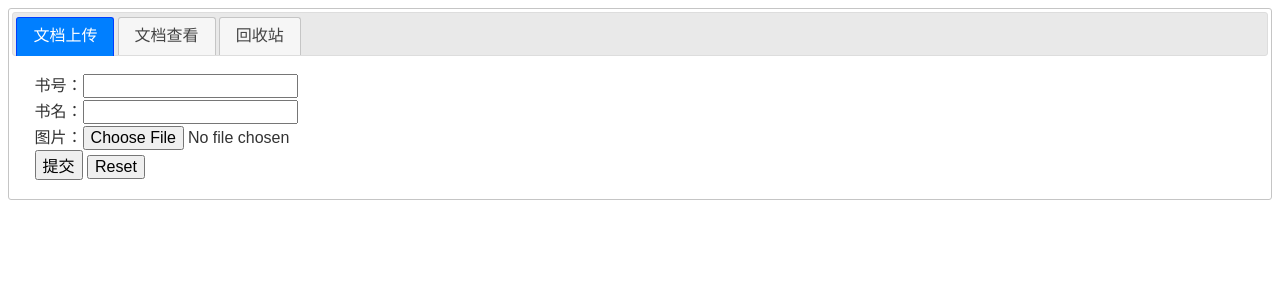
Repository: krzyty/OA_USST
Page: http://localhost/USSTOA/filemanage.jsp
An editor plug-in stored every save of this project. The page is shown before and after the next save, followed by the edit.
The browser window is 1280 px wide. The pictures show the whole page.
Some web libraries are served in a nearby version. The page is served by Tomcat 9. Nobody is signed in. The application's start-up code is not run. Other server files are loaded and not shown.

Above is the page before, as saved 2017-06-29 03:17:23.

### USSTOA/WebContent/filemanage.jsp
<%@ page language="java" contentType="text/html; charset=UTF-8"
	pageEncoding="UTF-8"%>
<!DOCTYPE html PUBLIC "-//W3C//DTD HTML 4.01 Transitional//EN" "http://www.w3.org/TR/html4/loose.dtd">
<html>
<head>
<meta http-equiv="Content-Type" content="text/html; charset=UTF-8">
<title>文档管理</title>
<!-- <link rel="stylesheet" href="/css/jquery-ui.css">
<script src="/js/jquery-1.9.1.js"></script>
<script src="/js/jquery-ui.js"></script> -->
<link rel="stylesheet"
	href="//apps.bdimg.com/libs/jqueryui/1.10.4/css/jquery-ui.min.css">
<script src="//apps.bdimg.com/libs/jquery/1.10.2/jquery.min.js"></script>
<script src="//apps.bdimg.com/libs/jqueryui/1.10.4/jquery-ui.min.js"></script>
<script>
	$(function() {
		$("#tabs").tabs();
	});
</script>
</head>
<body>
	<div id="tabs">
		<ul>
			<li><a href="#fragment-1"><span>文档上传</span> </a></li>
			<li><a href="#fragment-2"><span>文档查看</span> </a></li>
			<li><a href="#fragment-3"><span>回收站</span> </a></li>
		</ul>
		<div id="fragment-1">
			<form action="" method="post" enctype="multipart/form-data">
				书号：<input type="text" name="bnum"><br />
				书名：<input type="text" name="bname"><br />
				图片：<input type="file" name="fileName"><br />
				<input type="submit" value="提交">
				<input type="reset"><br />
			</form>
		</div>
		<div id="fragment-2">Lorem ipsum dolor sit amet, consectetuer
			adipiscing elit, sed diam nonummy nibh euismod tincidunt ut laoreet
			dolore magna aliquam erat volutpat. Lorem ipsum dolor sit amet,
			consectetuer adipiscing elit, sed diam nonummy nibh euismod tincidunt
			ut laoreet dolore magna aliquam erat volutpat.</div>
		<div id="fragment-3">Lorem ipsum dolor sit amet, consectetuer
			adipiscing elit, sed diam nonummy nibh euismod tincidunt ut laoreet
			dolore magna aliquam erat volutpat. Lorem ipsum dolor sit amet,
			consectetuer adipiscing elit, sed diam nonummy nibh euismod tincidunt
			ut laoreet dolore magna aliquam erat volutpat. Lorem ipsum dolor sit
			amet, consectetuer adipiscing elit, sed diam nonummy nibh euismod
			tincidunt ut laoreet dolore magna aliquam erat volutpat.</div>
	</div>

</body>
</html>

After the next save:
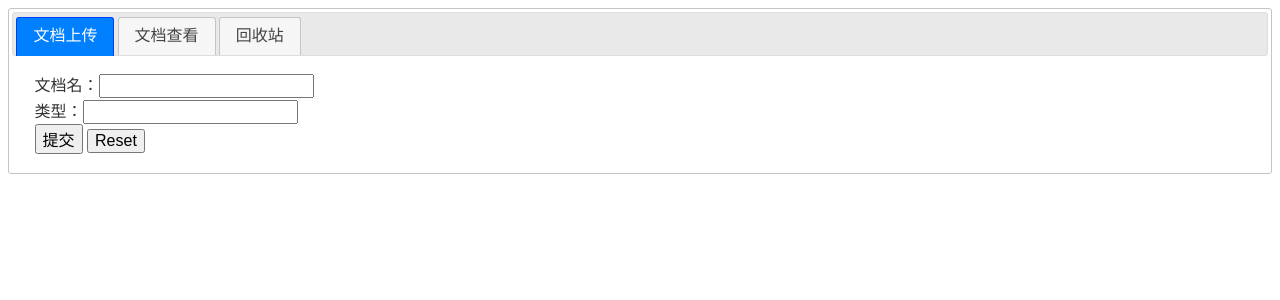
Saved 2 min 13 s later.
--- a/USSTOA/WebContent/filemanage.jsp
+++ b/USSTOA/WebContent/filemanage.jsp
@@ -27,9 +27,8 @@
 		</ul>
 		<div id="fragment-1">
 			<form action="" method="post" enctype="multipart/form-data">
-				书号：<input type="text" name="bnum"><br />
-				书名：<input type="text" name="bname"><br />
-				图片：<input type="file" name="fileName"><br />
+				文档名：<input type="text" name="fileName"><br />
+				类型：<input type="text" name="bname"><br />
 				<input type="submit" value="提交">
 				<input type="reset"><br />
 			</form>
